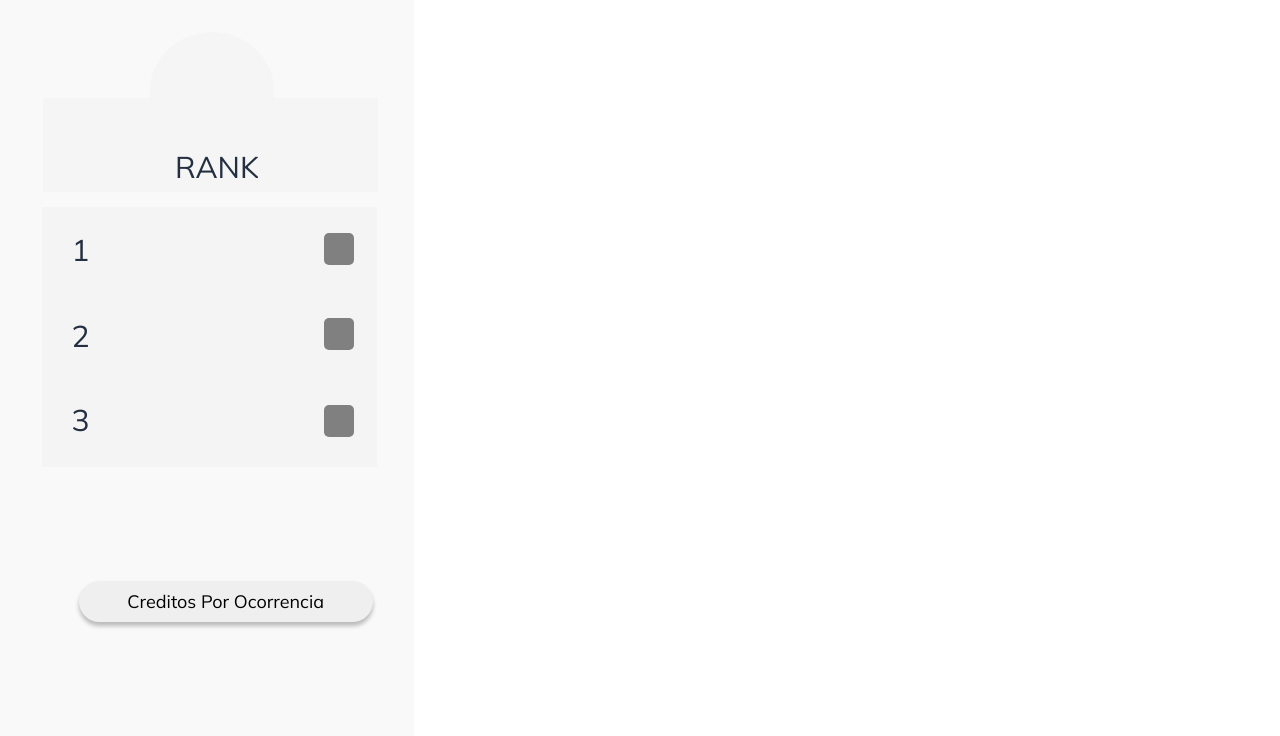
Repository: UnivMinho/D12_frontend
Page: Responsável no Terreno/Front-Office/Rank.html
The author's editor kept a record of every edit. The page is drawn from the files as they stood at one moment, then again after the next edit.
The browser window is 1280 px wide. The pictures show the whole page.
Some web libraries are served in a nearby version.

Above is the page before.

### Responsável no Terreno/Front-Office/Rank.html
<!DOCTYPE html>
<html>

<head>
    <meta charset="utf-8">
    <meta name="viewport" content="width=device-width, initial-scale=1, maximum-scale=1, user-scalable=no">
    <link href="https://fonts.googleapis.com/css?family=Mulish&display=swap" rel="stylesheet" />
    <link href="./Rank.css" rel="stylesheet" />
    <title>Document</title>
    <link rel="stylesheet" href="https://pro.fontawesome.com/releases/v5.10.0/css/all.css" integrity="sha384-AYmEC3Yw5cVb3ZcuHtOA93w35dYTsvhLPVnYs9eStHfGJvOvKxVfELGroGkvsg+p" crossorigin="anonymous"/>
</head>

<body>
    <div class="screen"> <!--screen-->
        <div class="circle"></div> <!--circle-->
        <div class="rectangle"></div> <!--retangulo-->
        <span class="textRank">RANK</span> <!--caixa de texto a dizer "Rank"-->
        <div class="bigrectangle"></div> <!--retangulo enorme-->
        <div class="smallrectangle1"></div> <!--retangulo-->
        <div class="smallrectangle2"></div> <!--retangulo-->
        <div class="smallrectangle3"></div> <!--retangulo-->
        <span class="textOne">1</span> <!--caixa de texto a dizer "1"-->
        <span class="textTwo">2</span> <!--caixa de texto a dizer "2"-->
        <span class="textThree">3</span> <!--caixa de texto a dizer "3"-->
        <button id="CreditosPorOcorrencia" class="CreditosPorOcorrencia">Creditos Por Ocorrencia</button>
    </div>
</body>

</html>

### Responsável no Terreno/Front-Office/Rank.css
* {
    overflow-x: hidden;
    padding: 0px !important;
    margin: 0px !important;
}

.screen {
    width: 414px;
    height: 736px;
    background: rgba(250, 249, 249, 1);
    opacity: 1;
    position: absolute;
    top: 0px;
    left: 0px;
    overflow: hidden;
}

.circle {
    width: 124px;
    height: 117px;
    background: rgba(245, 245, 245, 1);
    opacity: 1;
    position: absolute;
    top: 32px;
    left: 150px;
    border-radius: 50%;
}

.rectangle {
    width: 335px;
    height: 94px;
    background: rgba(245, 245, 245, 1);
    opacity: 1;
    position: absolute;
    top: 98px;
    left: 43px;
    overflow: hidden;
}

.textRank {
    width: 83px;
    color: rgba(36, 47, 65, 1);
    position: absolute;
    top: 148px;
    left: 175px;
    font-family: Mulish;
    font-size: 30px;
    opacity: 1;
    text-align: center;
}

.bigrectangle {
    width: 335px;
    height: 260px;
    background: rgba(244, 244, 244, 1);
    opacity: 1;
    position: absolute;
    top: 207px;
    left: 42px;
    overflow: hidden;
}

.smallrectangle1 {
    width: 30px;
    height: 32px;
    background: gray;
    opacity: 1;
    position: absolute;
    top: 233px;
    left: 324px;
    overflow: hidden;
    border-top-left-radius: 5px;
    border-top-right-radius: 5px;
    border-bottom-left-radius: 5px;
    border-bottom-right-radius: 5px;
}

.smallrectangle2 {
    width: 30px;
    height: 32px;
    background: gray;
    opacity: 1;
    position: absolute;
    top: 318px;
    left: 324px;
    overflow: hidden;
    border-top-left-radius: 5px;
    border-top-right-radius: 5px;
    border-bottom-left-radius: 5px;
    border-bottom-right-radius: 5px;
}

.smallrectangle3 {
    width: 30px;
    height: 32px;
    background: gray;
    opacity: 1;
    position: absolute;
    top: 405px;
    left: 324px;
    overflow: hidden;
    border-top-left-radius: 5px;
    border-top-right-radius: 5px;
    border-bottom-left-radius: 5px;
    border-bottom-right-radius: 5px;
}

.smallrectangle4 {
    width: 30px;
    height: 32px;
    background: lightgray;
    opacity: 1;
    position: absolute;
    top: 486px;
    left: 324px;
    overflow: hidden;
    border-top-left-radius: 5px;
    border-top-right-radius: 5px;
    border-bottom-left-radius: 5px;
    border-bottom-right-radius: 5px;
}

.textCreditos {
    width: 211px;
    color: rgba(36, 47, 65, 1);
    position: absolute;
    top: 490px;
    left: 109px;
    font-family: 'Mulish';
    font-size: 30px;
    opacity: 1;
    text-align: center;
    font-size: 18px;
}

.textOne {
    width: 83px;
    color: rgba(36, 47, 65, 1);
    position: absolute;
    top: 231px;
    left: 39px;
    font-family: Mulish;
    font-size: 30px;
    opacity: 1;
    text-align: center;
}

.textTwo {
    width: 83px;
    color: rgba(36, 47, 65, 1);
    position: absolute;
    top: 317px;
    left: 39px;
    font-family: Mulish;
    font-size: 30px;
    opacity: 1;
    text-align: center;
}

.textThree {
    width: 83px;
    color: rgba(36, 47, 65, 1);
    position: absolute;
    top: 401px;
    left: 39px;
    font-family: Mulish;
    font-size: 30px;
    opacity: 1;
    text-align: center;
}

.CreditosPorOcorrencia {
    width: 294px;
    height: 41px;
    background: rgb (222, 222, 222, 87);
    opacity: 1;
    position: absolute;
    top: 79%;
    left: 19%;
    border-top-left-radius: 32px;
    border-top-right-radius: 32px;
    border-bottom-left-radius: 32px;
    border-bottom-right-radius: 32px;
    box-shadow: 0px 4px 4px rgba(0, 0, 0, 0.25);
    overflow: hidden;
    font-size: 18px;
    font-family: 'Mulish';
    color: black;
    border: none;
}

#arrowCreditosPorOcorrencia {
    position: absolute;
    top: 81%;
    left: 82%;
}

.bottombar {
    width: 423px;
    height: 92px;
    background: rgba(250, 249, 249, 1);
    opacity: 1;
    position: absolute;
    top: 658px;
    left: 1px;
    box-shadow: 0px -1px 0px rgba(0, 0, 0, 0.15000000596046448);
    overflow: hidden;
}

.firstsquare {
    width: 60px;
    height: 58px;
    background: rgba(244, 244, 244, 1);
    opacity: 1;
    position: absolute;
    top: 667px;
    left: 33px;
    border-top-left-radius: 24px;
    border-top-right-radius: 24px;
    border-bottom-left-radius: 24px;
    border-bottom-right-radius: 24px;
    box-shadow: 0px 1px 12px rgba(0, 0, 0, 0.03999999910593033);
    overflow: hidden;
}

.secondsquare {
    width: 60px;
    height: 58px;
    background: rgba(244, 244, 244, 1);
    opacity: 1;
    position: absolute;
    top: 666px;
    left: 105px;
    border-top-left-radius: 24px;
    border-top-right-radius: 24px;
    border-bottom-left-radius: 24px;
    border-bottom-right-radius: 24px;
    box-shadow: 0px 1px 12px rgba(0, 0, 0, 0.03999999910593033);
    overflow: hidden;
}

.fourthsquare {
    width: 60px;
    height: 58px;
    background: rgba(244, 244, 244, 1);
    opacity: 1;
    position: absolute;
    top: 668px;
    left: 252px;
    border-top-left-radius: 24px;
    border-top-right-radius: 24px;
    border-bottom-left-radius: 24px;
    border-bottom-right-radius: 24px;
    box-shadow: 0px 1px 12px rgba(0, 0, 0, 0.03999999910593033);
    overflow: hidden;
}

.fifthsquare {
    width: 60px;
    height: 58px;
    background: rgba(244, 244, 244, 1);
    opacity: 1;
    position: absolute;
    top: 668px;
    left: 324px;
    border-top-left-radius: 24px;
    border-top-right-radius: 24px;
    border-bottom-left-radius: 24px;
    border-bottom-right-radius: 24px;
    box-shadow: 0px 1px 12px rgba(0, 0, 0, 0.03999999910593033);
    overflow: hidden;
}

.thirdsquare {
    width: 60px;
    height: 58px;
    background: rgba(244, 244, 244, 1);
    opacity: 1;
    position: absolute;
    top: 666px;
    left: 178px;
    border-top-left-radius: 24px;
    border-top-right-radius: 24px;
    border-bottom-left-radius: 24px;
    border-bottom-right-radius: 24px;
    box-shadow: 0px 1px 12px rgba(0, 0, 0, 0.03999999910593033);
    overflow: hidden;
}

.thirdsquare {
    width: 60px;
    height: 58px;
    background: rgba(244, 244, 244, 1);
    opacity: 1;
    position: absolute;
    top: 666px;
    left: 177px;
    border-top-left-radius: 24px;
    border-top-right-radius: 24px;
    border-bottom-left-radius: 24px;
    border-bottom-right-radius: 24px;
    box-shadow: 0px 1px 12px rgba(0, 0, 0, 0.03999999910593033);
    overflow: hidden;
}

#iconfirstsquarePaginaInicial {
    top: 92.5%;
    left: 12%;
    border: none;
    position: absolute;
    font-size: xx-large;
    background: none;
    color: lightgray;
}

#iconsecondsquarePaginaInicial {
    top: 92.5%;
    left: 29%;
    border: none;
    position: absolute;
    font-size: xx-large;
    background: none;
    color: lightgray;
}

#iconthirdsquarePaginaInicial {
    top: 92.5%;
    left: 46%;
    border: none;
    position: absolute;
    font-size: xx-large;
    background: none;
    color: lightgray;
}

#iconfourthsquarePaginaInicial {
    top: 92.5%;
    left: 64%;
    border: none;
    position: absolute;
    font-size: xx-large;
    background: none;
    color: lightgray;
}

#iconfifthsquarePaginaInicial {
    top: 92.5%;
    left: 81%;
    border: none;
    position: absolute;
    font-size: xx-large;
    background: none;
    color: lightgray;
}

After the next edit:
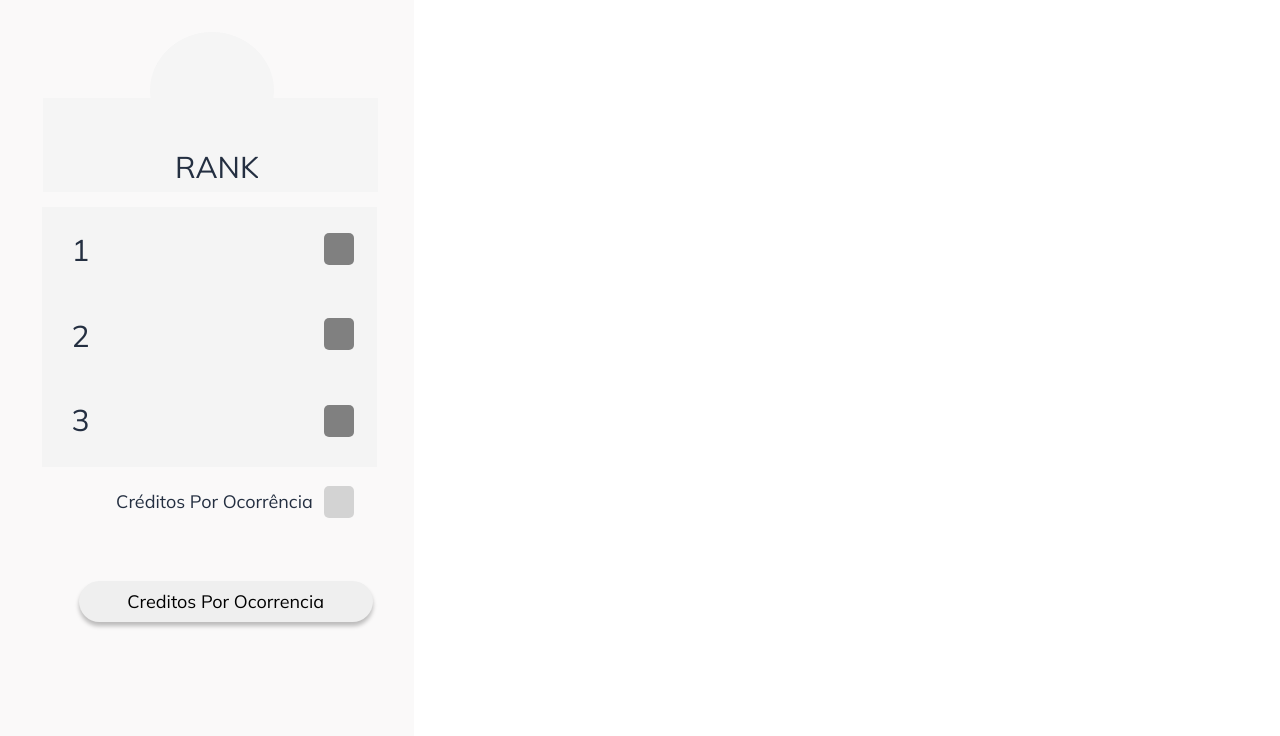
The edit:
--- a/Responsável no Terreno/Front-Office/Rank.html
+++ b/Responsável no Terreno/Front-Office/Rank.html
@@ -19,6 +19,8 @@
         <div class="smallrectangle1"></div> <!--retangulo-->
         <div class="smallrectangle2"></div> <!--retangulo-->
         <div class="smallrectangle3"></div> <!--retangulo-->
+        <div class="smallrectangle4"></div> <!--retangulo-->
+        <span class="textCreditos">Créditos Por Ocorrência</span> <!--caixa de texto a dizer "Créditos Por Ocorrência"-->
         <span class="textOne">1</span> <!--caixa de texto a dizer "1"-->
         <span class="textTwo">2</span> <!--caixa de texto a dizer "2"-->
         <span class="textThree">3</span> <!--caixa de texto a dizer "3"-->
